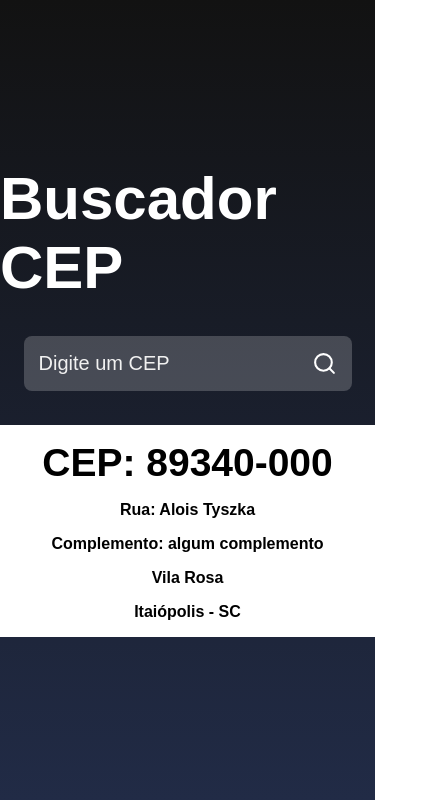
Repository: WelyntonRenan/buscador-cep
Page: / (app in buscador/)
These files come from the project's save history. The page is drawn as it stood at one moment and after the next save; the edit follows.
The browser window is 375 px wide. The page is 438 px wide, then 375 px, so the pictures cover 438 px, including what lies to the right of the window. The pictures show the whole page.
The project was rebuilt for these pictures with package versions that can differ from the ones it lists, and the page was loaded fresh each time.

Above is the page before, as saved 2022-11-13 23:55:21.

### buscador/public/index.html
<!DOCTYPE html>
<html lang="en">

<head>
  <meta charset="utf-8" />
  <link rel="icon" href="%PUBLIC_URL%/favicon.ico" />
  <meta name="viewport" content="width=device-width, initial-scale=1" />
  <meta name="theme-color" content="#000000" />
  <meta name="description" content="Web site created using create-react-app" />
  <link rel="apple-touch-icon" href="%PUBLIC_URL%/logo192.png" />
  <!--
      manifest.json provides metadata used when your web app is installed on a
      user's mobile device or desktop. See https://developers.google.com/web/fundamentals/web-app-manifest/
    -->
  <link rel="manifest" href="%PUBLIC_URL%/manifest.json" />
  <!--
      Notice the use of %PUBLIC_URL% in the tags above.
      It will be replaced with the URL of the `public` folder during the build.
      Only files inside the `public` folder can be referenced from the HTML.

      Unlike "/favicon.ico" or "favicon.ico", "%PUBLIC_URL%/favicon.ico" will
      work correctly both with client-side routing and a non-root public URL.
      Learn how to configure a non-root public URL by running `npm run build`.
    -->
  <title>Buscador</title>
</head>

<body>
  <noscript>You need to enable JavaScript to run this app.</noscript>
  <div id="root"></div>
  <!--
      This HTML file is a template.
      If you open it directly in the browser, you will see an empty page.

      You can add webfonts, meta tags, or analytics to this file.
      The build step will place the bundled scripts into the <body> tag.

      To begin the development, run `npm start` or `yarn start`.
      To create a production bundle, use `npm run build` or `yarn build`.
    -->
</body>

</html>

### buscador/src/App.js
import React from 'react';
import { FiSearch } from 'react-icons/fi';
import './styles.css';

function App() {
  return (
    <div className="container">
      <h1 className="title">Buscador CEP</h1>

      <div className="containerInput">
        <input
          type="text"
          placeholder="Digite um CEP"
        />

        <button className="buttonSearch">
          <FiSearch size={25} color="#FFF" />
        </button>
      </div>

      <div>
        <main className='main'>
          <h2>CEP: 89340-000</h2>

          <span>Rua: Alois Tyszka</span>
          <span>Complemento: algum complemento</span>
          <span>Vila Rosa</span>
          <span>Itaiópolis - SC</span>

        </main>
      </div>

    </div>
  );
}

export default App;

### buscador/src/styles.css
.container {
  height: 100vh;
  display: flex;
  justify-content: center;
  align-items: center;
  flex-direction: column;
  background: linear-gradient(#121212, #212B46);
}

.title {
  font-size: 85px;
  color: #FFF;
  animation: flipTitle 2s;
}

@keyframes flipTitle {
  from {
    transform: rotateX(90deg);
  }

  to {
    transform: rotateX(0deg);
  }
}

.containerInput {
  background-color: rgba(255, 255, 255, 0.2);
  padding: 15px;
  margin: 34px 0;
  display: flex;
  border-radius: 8px;
  box-shadow: 1px, 3px, 8px rgba(0, 0, 0, 0.5);
}

.containerInput input {
  background-color: transparent;
  border: 0;
  font-size: 20px;
  color: #FFF;
  outline: none;
  margin-right: 8px;
}

.containerInput input::placeholder {
  color: #f1f1f1;
}

.buttonSearch {
  background-color: transparent;
  border: 0;
  display: flex;
  justify-content: center;
  align-items: center;
  cursor: pointer;
  transition: transform 0.5s;
}

.buttonSearch:hover {
  transform: scale(1.2);
}

.main {
  display: flex;
  justify-content: center;
  align-items: center;
  flex-direction: column;
  background-color: #fff;
  width: 500px;
  border-radius: 8px;
}

.main h2 {
  margin: 16px 0;
  font-size: 39px;
}

.main span {
  margin-bottom: 16px;
  font-weight: bold;
}

@media (max-width: 620px) {
  .title {
    font-size: 60px;
  }
}

Loaded but not shown: buscador/src/index.js (common file); buscador/src/index.css (common file)

After the next save:
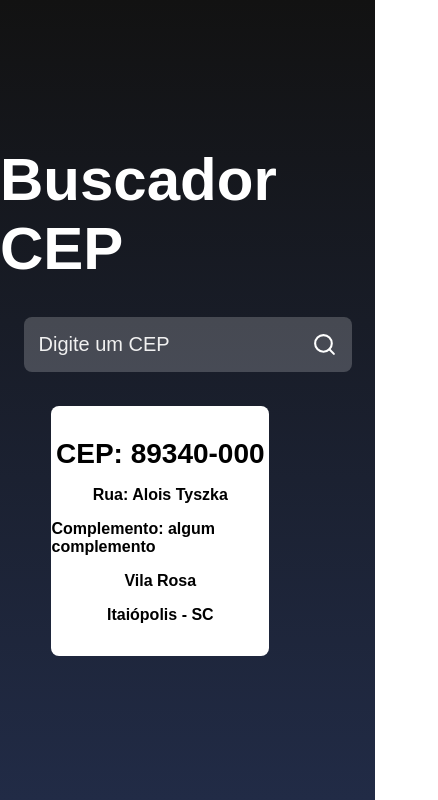
Saved 47 s later.
--- a/buscador/src/styles.css
+++ b/buscador/src/styles.css
@@ -83,4 +83,13 @@
   .title {
     font-size: 60px;
   }
+
+  .main h2 {
+    font-size: 28px;
+  }
+
+  .main {
+    width: 80%;
+    min-height: 250px;
+  }
 }
